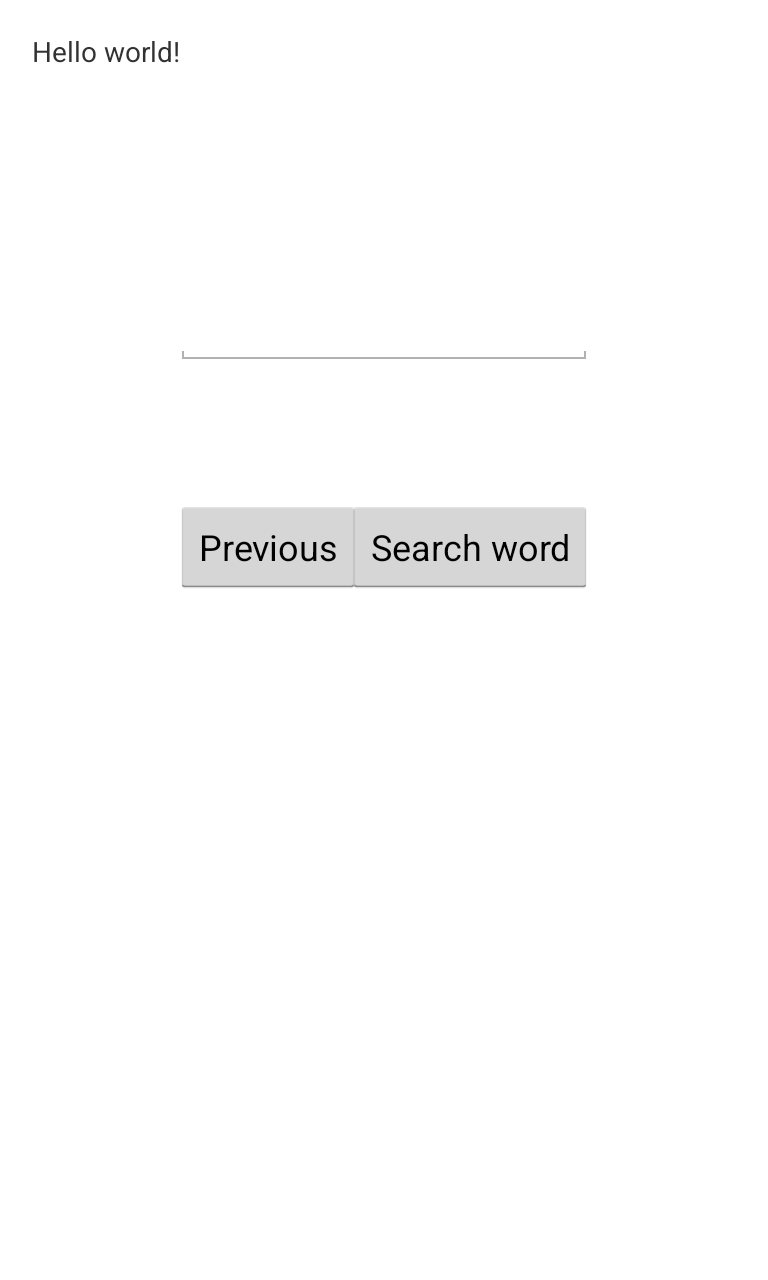
Repository: theoryxu/Chinese-microblogging-Links-System-Mobile-Application-Development
Layout: AndroidApp/STXQ/STXQ/res/layout/activity_second.xml
These files come from the project's save history. The layout is drawn as it stood at one moment and after the next save; the edit follows.
It is drawn on a 768 x 1280 px phone screen (xhdpi) without system bars, with theme AppTheme; the app's code is not run.

Above is the layout before, as saved 2014-11-25 00:02:08.

### AndroidApp/STXQ/STXQ/res/layout/activity_second.xml
<RelativeLayout xmlns:android="http://schemas.android.com/apk/res/android"
    xmlns:tools="http://schemas.android.com/tools"
    android:layout_width="match_parent"
    android:layout_height="match_parent"
    android:paddingBottom="@dimen/activity_vertical_margin"
    android:paddingLeft="@dimen/activity_horizontal_margin"
    android:paddingRight="@dimen/activity_horizontal_margin"
    android:paddingTop="@dimen/activity_vertical_margin"
    tools:context=".SecondActivity" >

    <TextView
        android:id="@+id/textView1"
        android:layout_width="wrap_content"
        android:layout_height="wrap_content"
        android:text="@string/hello_world" />

    <EditText
        android:id="@+id/editText1"
        android:layout_width="wrap_content"
        android:layout_height="wrap_content"
        android:layout_below="@+id/textView1"
        android:layout_centerHorizontal="true"
        android:layout_marginTop="109dp"
        android:ems="10"
        android:inputType="textMultiLine" />

    <Button
        android:id="@+id/button2"
        android:layout_width="wrap_content"
        android:layout_height="wrap_content"
        android:layout_alignBottom="@+id/button1"
        android:layout_alignRight="@+id/editText1"
        android:text="Search word" />

    <Button
        android:id="@+id/button1"
        android:layout_width="wrap_content"
        android:layout_height="wrap_content"
        android:layout_alignLeft="@+id/editText1"
        android:layout_below="@+id/editText1"
        android:layout_marginTop="66dp"
        android:text="Previous" />

</RelativeLayout>

### AndroidApp/STXQ/STXQ/res/values/styles.xml
<resources xmlns:android="http://schemas.android.com/apk/res/android">

    <color name="transparent">#0000</color>

    <!--
        Base application theme, dependent on API level. This theme is replaced
        by AppBaseTheme from res/values-vXX/styles.xml on newer devices.
    -->
    <style name="AppBaseTheme" parent="android:Theme.Light">
        <!--
            Theme customizations available in newer API levels can go in
            res/values-vXX/styles.xml, while customizations related to
            backward-compatibility can go here.
        -->
    </style>

    <!-- Application theme. -->
    <style name="AppTheme" parent="AppBaseTheme">
        <!-- All customizations that are NOT specific to a particular API-level can go here. -->
    </style>

    <style name="NoTitle" parent="android:Theme.Dialog">
        <item name="android:windowNoTitle">true</item>
        <item name="android:windowBackground">@color/transparent</item>
        <item name="android:windowIsTranslucent">false</item>
        <item name="android:windowIsFloating">true</item>
    </style>

</resources>

### AndroidApp/STXQ/STXQ/res/values/strings.xml
<?xml version="1.0" encoding="utf-8"?>
<resources>

    <string name="app_name">STXQ</string>
    <string name="action_settings">Settings</string>
    <string name="hello_world">Hello world!</string>
    <string name="title_activity_second">SecondActivity</string>
    <string name="title_activity_third">ThirdActivity</string>

</resources>

Loaded but not shown: AndroidApp/STXQ/STXQ/res/values-v11/styles.xml (common file); AndroidApp/STXQ/STXQ/res/values-v14/styles.xml (common file); AndroidApp/STXQ/STXQ/res/values/dimens.xml (common file)

After the next save:
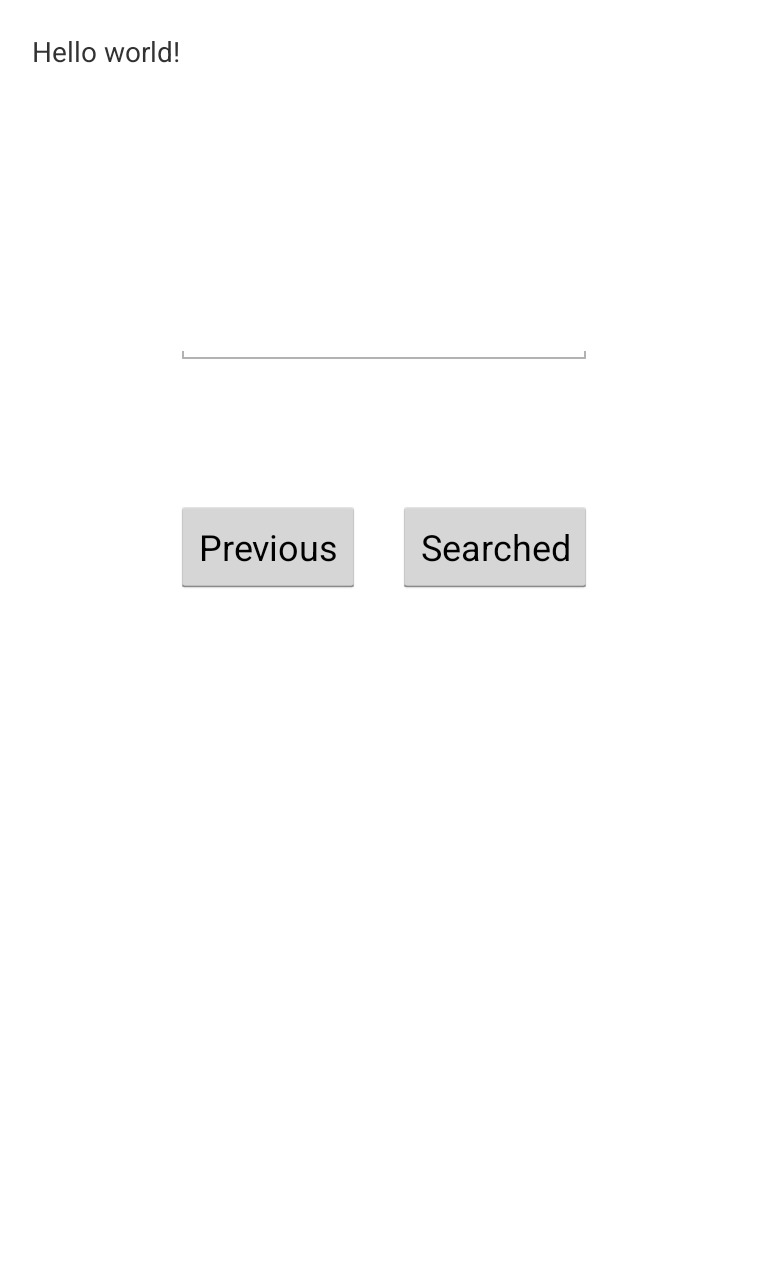
Saved 43 s later.
--- a/AndroidApp/STXQ/STXQ/res/layout/activity_second.xml
+++ b/AndroidApp/STXQ/STXQ/res/layout/activity_second.xml
@@ -30,7 +30,7 @@
         android:layout_height="wrap_content"
         android:layout_alignBottom="@+id/button1"
         android:layout_alignRight="@+id/editText1"
-        android:text="Search word" />
+        android:text="Searched" />
 
     <Button
         android:id="@+id/button1"
